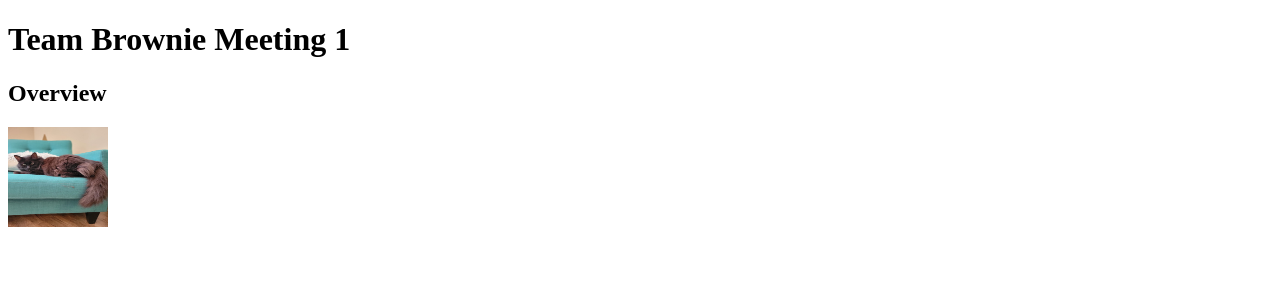
Repository: sarahtthomson/fa22-cse110-lab3
Page: index.html
The author's editor kept a copy of each file at every save. The page is drawn from the files as they stood at one save, then again after the next save.
The browser window is 1280 px wide. The pictures show the whole page.

Above is the page before, as saved 2022-10-07 14:14:01.

### index.html
<!DOCTYPE html>
<html lang="en">
    <head>
        <Title>Team Brownie</Title>
        <meta name="description" content="Meeting minutes for Team Brownie">
        <link rel="icon" href="/favicon.ico" />
    </head>
    <body>
        <h1>Team Brownie Meeting 1</h1>
        <h2>Overview</h2>
        <img height="100" width="100" src="/cat.jpg">
    </body>
</html>

After the next save:
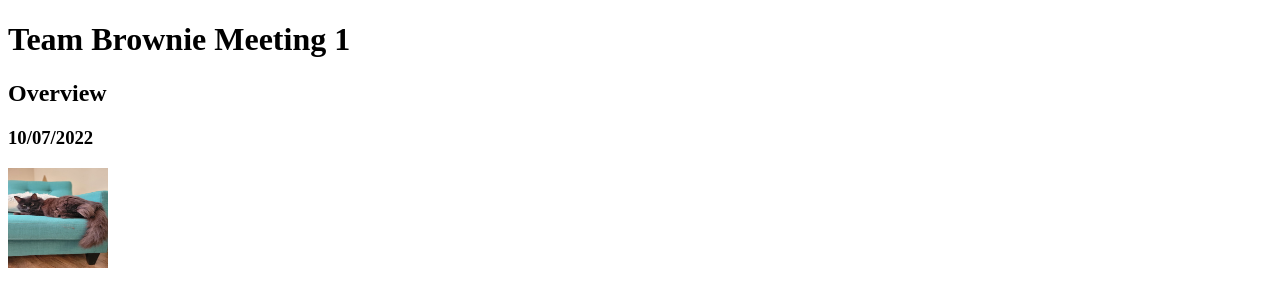
Saved 21 s later.
--- a/index.html
+++ b/index.html
@@ -8,6 +8,7 @@
     <body>
         <h1>Team Brownie Meeting 1</h1>
         <h2>Overview</h2>
+        <h3>10/07/2022</h3>
         <img height="100" width="100" src="/cat.jpg">
     </body>
 </html>
